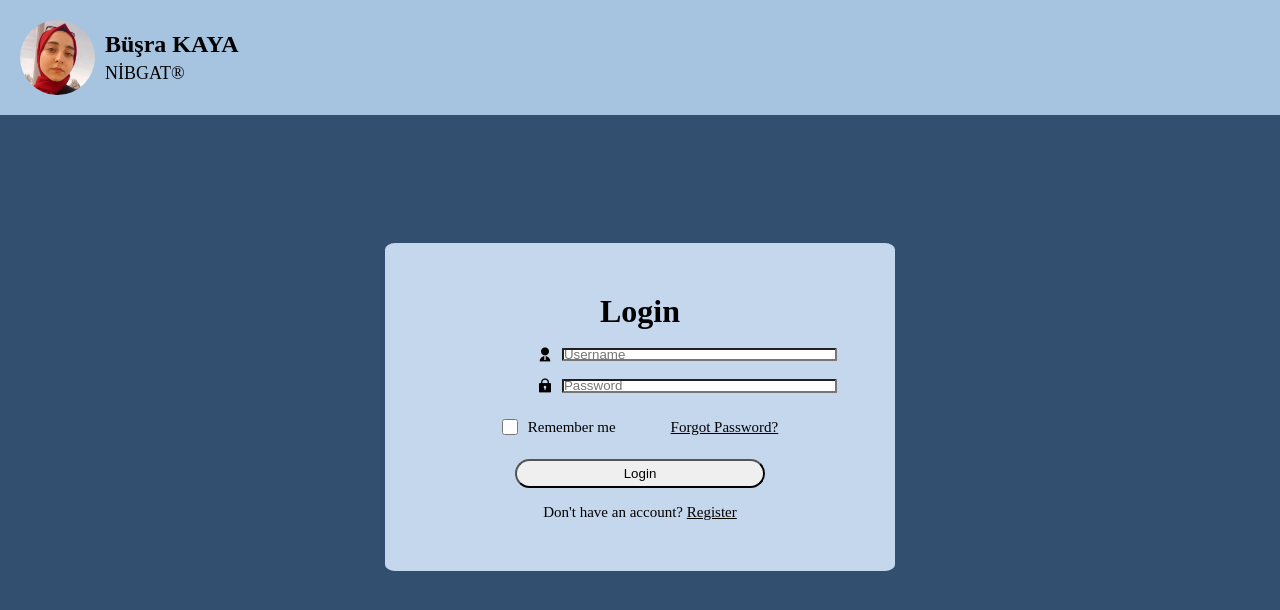
Repository: busra-kayaa/LoginPage
Page: login.html
The author's editor kept a copy of each file at every save. The page is drawn from the files as they stood at one save, then again after the next save.
The browser window is 1280 px wide. The pictures show the whole page.

Above is the page before, as saved 2024-01-05 18:23:04.

### login.html
<!DOCTYPE html>
<html>
    <head>
        <meta name="author" content="Büşra Kaya"/>
        <title>Login Page</title>
        <link
            rel="stylesheet"
            href="./style.css"
            type="text/css"
        />
        <link
            rel="stylesheet"
            href="https://cdnjs.cloudflare.com/ajax/libs/remixicon/3.5.0/remixicon.css"
            crossorigin=""
        />  <!--Remixicon ikon kitaplığını bağlamak için bir stil dosyasını içerir.-->

    </head>
    <body>
        <div class="header-container">
            <div
                class="header-left-side-container"
            >
                <img
                    src="./busra.jpg"
                    height="75px"
                    width="75px"
                    class="logo"
                />
                <div class="header-desc-container">
                    <span class="header-title">
                        Büşra KAYA
                    </span>
                    <span class="header-content">
                        NİBGAT®
                    </span>
                </div>
            </div>
        </div>
        <div class="login-from-container">
            <div class ="login-text"><h1>Login</h1></div>
            <div class="input-group1">
                <i class="ri-user-2-fill"></i>
                <input
                    type="text"
                    placeholder="Username"
                    class="input-text"
                    autocomplete="off"
                />
            </div>
            <div class="input-group2">
                <i class="ri-lock-2-fill"></i>
                <input
                    type="password"
                    placeholder="Password"
                    class="input-text"
                    autocomplete="off"
                />
            </div>
            <div class="login__check">
                <div class="login__check-box">
                   <input type="checkbox" class="login__check-input" id="user-check">
                   <label for="user-check" class="login__check-label">Remember me</label>
                </div>

                <a href="#" target="_blank" class="login__forgot">Forgot Password?</a>
             </div>

             <button onclick="alert('Başarıyla Giriş Yaptınız.')" type="submit" class="login__button">Login</button>

             <div class="login__register">
                Don't have an account? <a href="#"  target="_blank">Register</a>
             </div>
        </div>
    </body>
</html>

### style.css

* {
    padding: 0;
    margin: 0;
}

body {
    background-color: #334F70;
}

.header-container {
    justify-content: space-between;
    background-color: #A6C4E0;
    flex-direction: row;
    align-items: center;
    padding: 20px;
    display: flex;
    margin-bottom: 10%;
}
.header-left-side-container {
    flex-direction: row;
    align-items: center;
    display: flex;
}

.logo {
    border-radius: 50%;
    margin-right: 10px;
}

.header-desc-container {
    display: flex;
    flex-direction: column;
}

.header-title {
    display: flex;
    flex-direction:column;
    font-weight: bold;
    font-size: 24px;
    margin-bottom: 5px;
}

.header-content {
    font-weight:normal;
    font-size: 18px;
    color:rgb(0, 0, 0);
}

.login-from-container {
    background-color: #C5D7ED;
    display: flex;
    border-radius: 2%;
    flex-direction: column;
    align-items: center;
    text-align: center;
    margin: auto;
    width: 32%;
    padding: 50px;
}

.login-text {
    padding-bottom: 15px;
}

.input-group1 {
    display: grid;
    grid-template-columns: 1fr max-content;
    column-gap: .55rem;
    align-items: center;
    margin-bottom: 3%;
}

.input-group1 i {
    font-size: 100 200 px;
}

.input-group2 {
    display: grid;
    grid-template-columns: 1fr max-content;
    column-gap: .55rem;
    align-items: center;

}

.input-group2 i {
    font-size: 100 200 px;
}
.input-text {
    display: flex;
    flex-direction: column;
    width: 150%;
    height: 50%;
    border-radius: 1%;
}

.login__check,
.login__check-box {
    display: flex;
    justify-content: space-between;
    align-items: center;
}

.login__check {
    font-size: 15px;
    margin-top: 1rem;
    margin-bottom: 1rem;
    gap: 55px;
}

.login__check-box {
    column-gap: 10px;
}

.login__check-input {
    width: 1rem;
    height: 2rem;
}

.login__forgot {
    color: black;
}

.login__forgot:hover {
    text-decoration: underline;
}

.login__button {
    width: 250px;
    padding: 5px;
    margin-bottom: 1rem;
    border-radius: 4rem;
    color: var(--black-color);
    font-weight: 500;
}

.login__button:hover {
    background-color: var(--highlight-color);
    color: var(--white-color);
}

.login__button:hover{
    opacity: 0.75;
    cursor: pointer;
}

.login__button:active{
    transform: translateY(2px);
}

.login__register {
    font-size: 15px;
    text-align: center;
}

.login__register a {
    color: var(--white-color);
    font-weight: 500;
}

.login__register a:hover {
    text-decoration: underline;
}

After the next save:
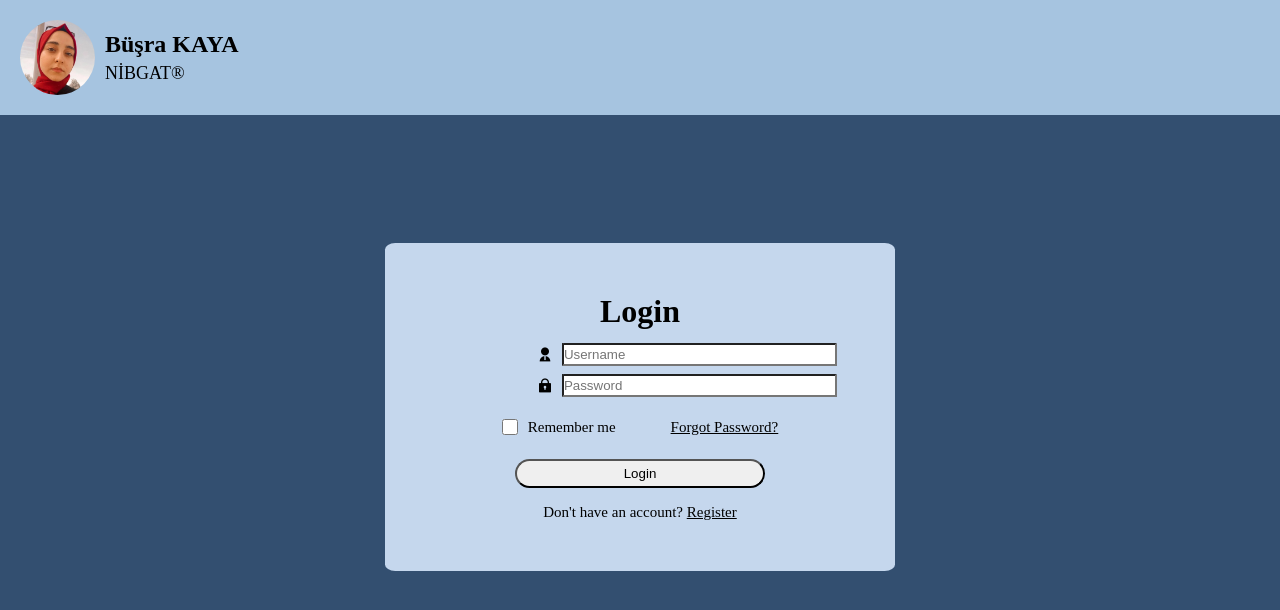
Saved 8 s later.
--- a/style.css
+++ b/style.css
@@ -90,7 +90,7 @@ body {
     display: flex;
     flex-direction: column;
     width: 150%;
-    height: 50%;
+    height: 100%;
     border-radius: 1%;
 }
 
